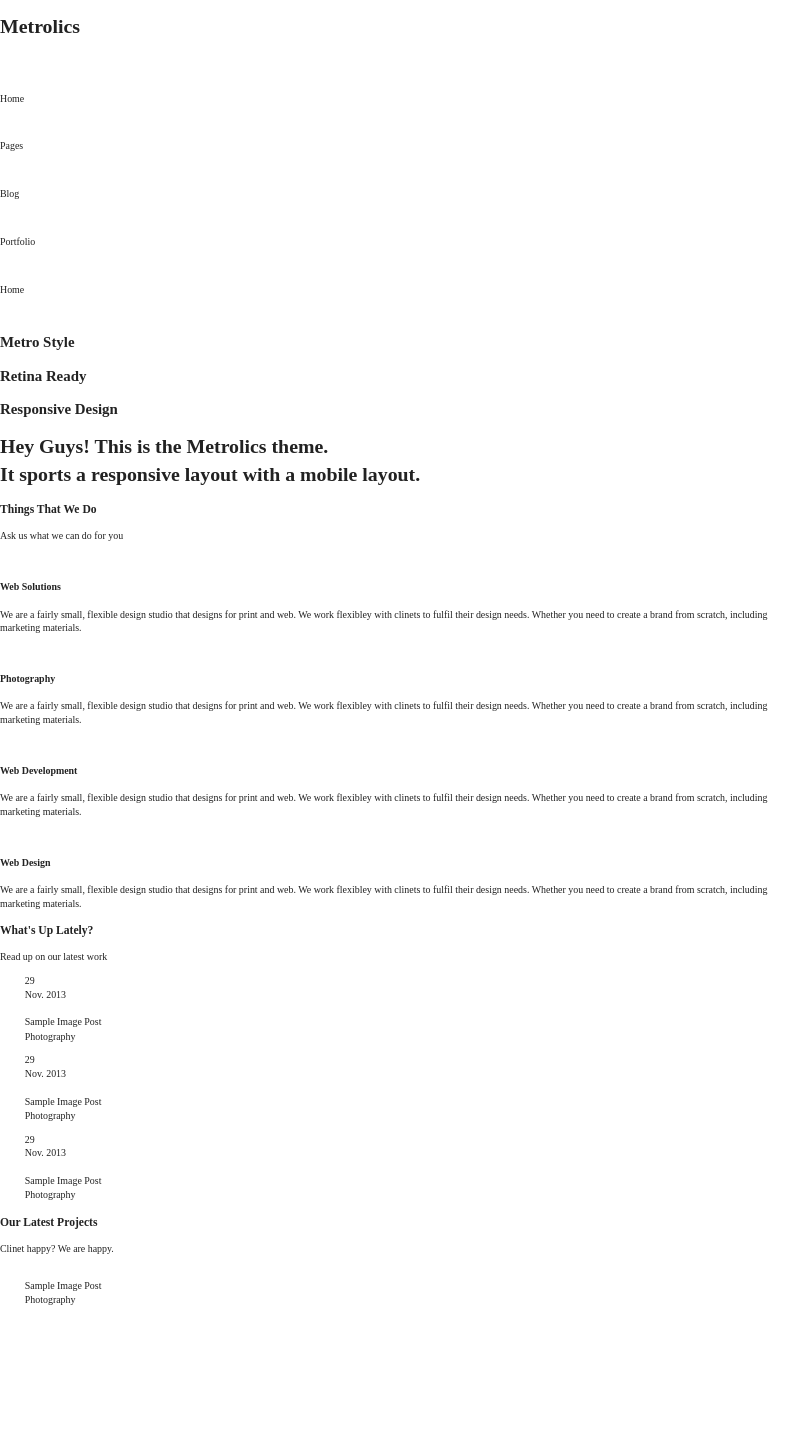
Repository: claudiashin/metrolics
Page: index.html
These files come from the project's save history. The page is drawn as it stood at one moment and after the next save; the edit follows.
The browser window is 1280 px wide. The pictures show the whole page, at 62% of full size.

Above is the page before, as saved 2021-01-27 16:01:26.

### index.html
<!doctype html>
<html class="no-js" lang="EN">

<head>
  <meta charset="utf-8">
  <title>MDIA 2003 Lab 3</title>
  <meta name="description" content="">
  <meta name="viewport" content="width=device-width, initial-scale=1">

  <link rel="manifest" href="site.webmanifest">
  <link rel="apple-touch-icon" href="icon.png">
  <!-- Place favicon.ico in the root directory -->

  <link rel="stylesheet" href="css/normalize.css">
  <link rel="stylesheet" href="css/main.css">
</head>

<body>
  <header class="page_header">
    <div class="logo">
      <div><h1>Metrolics</h1></div>
      <div class="logoimg"><img src=""></div>
    </div>
  </header>

  <nav class="page_nav">
    <div class="nav_container">
      <div class="nav_icon">
        <div><img src=""></div>
        <p>Home</p>
      </div>
      <div class="nav_icon">
        <div><img src=""></div>
        <p>Pages</p>
      </div><div class="nav_icon">
        <div><img src=""></div>
        <p>Blog</p>
      </div><div class="nav_icon">
        <div><img src=""></div>
        <p>Portfolio</p>
      </div><div class="nav_icon">
        <div><img src=""></div>
        <p>Home</p>
      </div>
    </div>
  </nav>

  <section class="main_container">
    <div class="heroimg">
      <img src="">
    </div>
    <div class="">
      <h2>Metro Style</h2>
      <h2>Retina Ready</h2>
      <h2>Responsive Design</h2>
    </div>
  </section>

  <section class="main_container">
    <div>
      <h1>Hey Guys! This is the <span class="textcol">Metrolics</span> theme.<br>It sports a responsive layout with a mobile layout.</h1>
    </div>
  </section>

  <section class="main_container">
    <div class="container">
      <h3>Things That We Do</h3>
      <p>Ask us what we can do for you</p>
    </div>
    <div class="container">
      <div class="container_feature">
        <div class="feature_img">
          <img src="">
        </div>
        <div><h4>Web Solutions</h4></div>
        <div><p>We are a fairly small, flexible design studio that designs for print
          and web. We work flexibley with clinets to fulfil their design needs. Whether
          you need to create a brand from scratch, including marketing materials.
        </p></div>
      </div>
    </div>
    <div class="container">
      <div class="container_feature">
        <div class="feature_img">
          <img src="">
        </div>
        <div><h4>Photography</h4></div>
        <div><p>We are a fairly small, flexible design studio that designs for print
          and web. We work flexibley with clinets to fulfil their design needs. Whether
          you need to create a brand from scratch, including marketing materials.
        </p></div>
      </div>
    </div><div class="container">
      <div class="container_feature">
        <div class="feature_img">
          <img src="">
        </div>
        <div><h4>Web Development</h4></div>
        <div><p>We are a fairly small, flexible design studio that designs for print
          and web. We work flexibley with clinets to fulfil their design needs. Whether
          you need to create a brand from scratch, including marketing materials.
        </p></div>
      </div>
    </div><div class="container">
      <div class="container_feature">
        <div class="feature_img">
          <img src="">
        </div>
        <div><h4>Web Design</h4></div>
        <div><p>We are a fairly small, flexible design studio that designs for print
          and web. We work flexibley with clinets to fulfil their design needs. Whether
          you need to create a brand from scratch, including marketing materials.
        </p></div>
      </div>
    </div>
  </section>

  <section class="main_container">
    <div class="container">
      <h3>What's Up Lately?</h3>
      <p>Read up on our latest work</p>
    </div>
    <div class="container">
      <figure>
        <figcaption>29 <br> Nov. 2013</figcaption>
        <img src="" value="">
        <figcaption>Sample Image Post <br> Photography</figcaption>
      </figure>
    </div>
    <div class="container">
      <figure>
        <figcaption>29 <br> Nov. 2013</figcaption>
        <img src="" value="">
        <figcaption>Sample Image Post <br> Photography</figcaption>
      </figure>
    </div>
    <div class="container">
      <figure>
        <figcaption>29 <br> Nov. 2013</figcaption>
        <img src="" value="">
        <figcaption>Sample Image Post <br> Photography</figcaption>
      </figure>
    </div>
  </section>

  <section class="main_container">
    <div class="container">
      <h3>Our Latest Projects </h3>
      <p>Clinet happy? We are happy.</p>
    </div>
    <div class="container">
      <figure>
        <img src="" value="">
        <figcaption>Sample Image Post <br> Photography</figcaption>
      </figure>
    </div>
    <div class="container">
      <figure>
        <img src="" value="">
      </figure>
    </div>
    <div class="container">
      <figure>
        <img src="" value="">
      </figure>
    </div>
    <div class="container">
      <figure>
        <img src="" value="">
      </figure>
    </div>
    <div class="container">
      <figure>
        <img src="" value="">
      </figure>
    </div>
    <div class="container">
      <figure>
        <img src="" value="">
      </figure>
    </div>
  </section>

  <section class="main_container">

  </section>

  <footer>

  </footer>
</body>

</html>

### css/main.css
/*! HTML5 Boilerplate v8.0.0 | MIT License | https://html5boilerplate.com/ */

/* main.css 2.1.0 | MIT License | https://github.com/h5bp/main.css#readme */
/*
 * What follows is the result of much research on cross-browser styling.
 * Credit left inline and big thanks to Nicolas Gallagher, Jonathan Neal,
 * Kroc Camen, and the H5BP dev community and team.
 */

/* ==========================================================================
   Base styles: opinionated defaults
   ========================================================================== */

html {
  color: #222;
  font-size: 1em;
  line-height: 1.4;
}

/*
 * Remove text-shadow in selection highlight:
 * https://twitter.com/miketaylr/status/12228805301
 *
 * Vendor-prefixed and regular ::selection selectors cannot be combined:
 * https://stackoverflow.com/a/16982510/7133471
 *
 * Customize the background color to match your design.
 */

::-moz-selection {
  background: #b3d4fc;
  text-shadow: none;
}

::selection {
  background: #b3d4fc;
  text-shadow: none;
}

/*
 * A better looking default horizontal rule
 */

hr {
  display: block;
  height: 1px;
  border: 0;
  border-top: 1px solid #ccc;
  margin: 1em 0;
  padding: 0;
}

/*
 * Remove the gap between audio, canvas, iframes,
 * images, videos and the bottom of their containers:
 * https://github.com/h5bp/html5-boilerplate/issues/440
 */

audio,
canvas,
iframe,
img,
svg,
video {
  vertical-align: middle;
}

/*
 * Remove default fieldset styles.
 */

fieldset {
  border: 0;
  margin: 0;
  padding: 0;
}

/*
 * Allow only vertical resizing of textareas.
 */

textarea {
  resize: vertical;
}

/* ==========================================================================
   Author's custom styles
   ========================================================================== */

/* ==========================================================================
   Helper classes
   ========================================================================== */

/*
 * Hide visually and from screen readers
 */

.hidden,
[hidden] {
  display: none !important;
}

/*
 * Hide only visually, but have it available for screen readers:
 * https://snook.ca/archives/html_and_css/hiding-content-for-accessibility
 *
 * 1. For long content, line feeds are not interpreted as spaces and small width
 *    causes content to wrap 1 word per line:
 *    https://medium.com/@jessebeach/beware-smushed-off-screen-accessible-text-5952a4c2cbfe
 */

.sr-only {
  border: 0;
  clip: rect(0, 0, 0, 0);
  height: 1px;
  margin: -1px;
  overflow: hidden;
  padding: 0;
  position: absolute;
  white-space: nowrap;
  width: 1px;
  /* 1 */
}

/*
 * Extends the .sr-only class to allow the element
 * to be focusable when navigated to via the keyboard:
 * https://www.drupal.org/node/897638
 */

.sr-only.focusable:active,
.sr-only.focusable:focus {
  clip: auto;
  height: auto;
  margin: 0;
  overflow: visible;
  position: static;
  white-space: inherit;
  width: auto;
}

/*
 * Hide visually and from screen readers, but maintain layout
 */

.invisible {
  visibility: hidden;
}

/*
 * Clearfix: contain floats
 *
 * For modern browsers
 * 1. The space content is one way to avoid an Opera bug when the
 *    `contenteditable` attribute is included anywhere else in the document.
 *    Otherwise it causes space to appear at the top and bottom of elements
 *    that receive the `clearfix` class.
 * 2. The use of `table` rather than `block` is only necessary if using
 *    `:before` to contain the top-margins of child elements.
 */

.clearfix::before,
.clearfix::after {
  content: " ";
  display: table;
}

.clearfix::after {
  clear: both;
}

/* ==========================================================================
   EXAMPLE Media Queries for Responsive Design.
   These examples override the primary ('mobile first') styles.
   Modify as content requires.
   ========================================================================== */

@media only screen and (min-width: 35em) {
  /* Style adjustments for viewports that meet the condition */
}

@media print,
  (-webkit-min-device-pixel-ratio: 1.25),
  (min-resolution: 1.25dppx),
  (min-resolution: 120dpi) {
  /* Style adjustments for high resolution devices */
}

/* ==========================================================================
   Print styles.
   Inlined to avoid the additional HTTP request:
   https://www.phpied.com/delay-loading-your-print-css/
   ========================================================================== */

@media print {
  *,
  *::before,
  *::after {
    background: #fff !important;
    color: #000 !important;
    /* Black prints faster */
    box-shadow: none !important;
    text-shadow: none !important;
  }

  a,
  a:visited {
    text-decoration: underline;
  }

  a[href]::after {
    content: " (" attr(href) ")";
  }

  abbr[title]::after {
    content: " (" attr(title) ")";
  }

  /*
   * Don't show links that are fragment identifiers,
   * or use the `javascript:` pseudo protocol
   */
  a[href^="#"]::after,
  a[href^="javascript:"]::after {
    content: "";
  }

  pre {
    white-space: pre-wrap !important;
  }

  pre,
  blockquote {
    border: 1px solid #999;
    page-break-inside: avoid;
  }

  /*
   * Printing Tables:
   * https://web.archive.org/web/20180815150934/http://css-discuss.incutio.com/wiki/Printing_Tables
   */
  thead {
    display: table-header-group;
  }

  tr,
  img {
    page-break-inside: avoid;
  }

  p,
  h2,
  h3 {
    orphans: 3;
    widows: 3;
  }

  h2,
  h3 {
    page-break-after: avoid;
  }
}

Loaded but not shown: css/normalize.css (library)

After the next save:
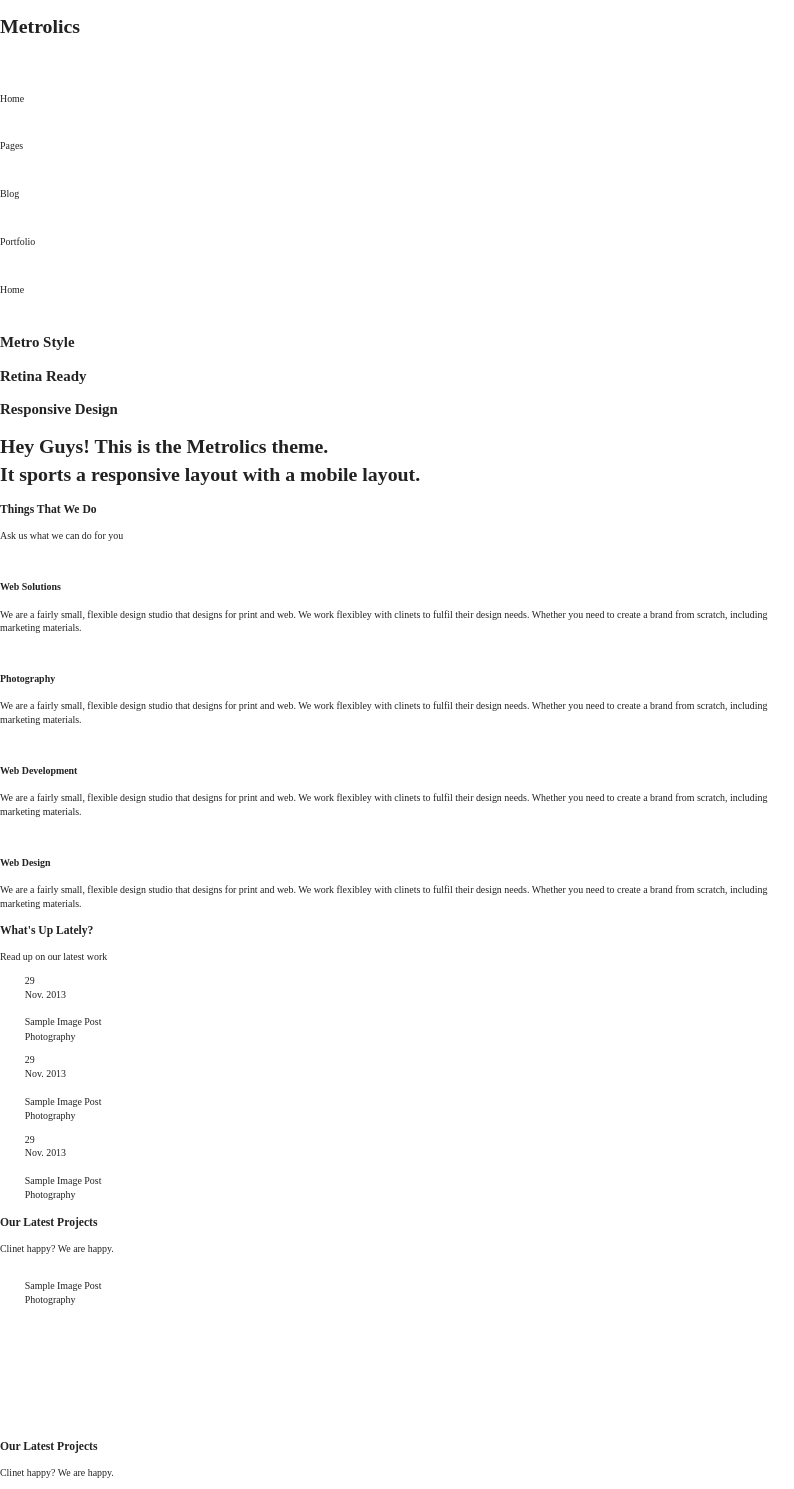
Saved 9 s later.
--- a/index.html
+++ b/index.html
@@ -182,7 +182,10 @@
   </section>
 
   <section class="main_container">
-
+    <div class="container">
+      <h3>Our Latest Projects </h3>
+      <p>Clinet happy? We are happy.</p>
+    </div>
   </section>
 
   <footer>
